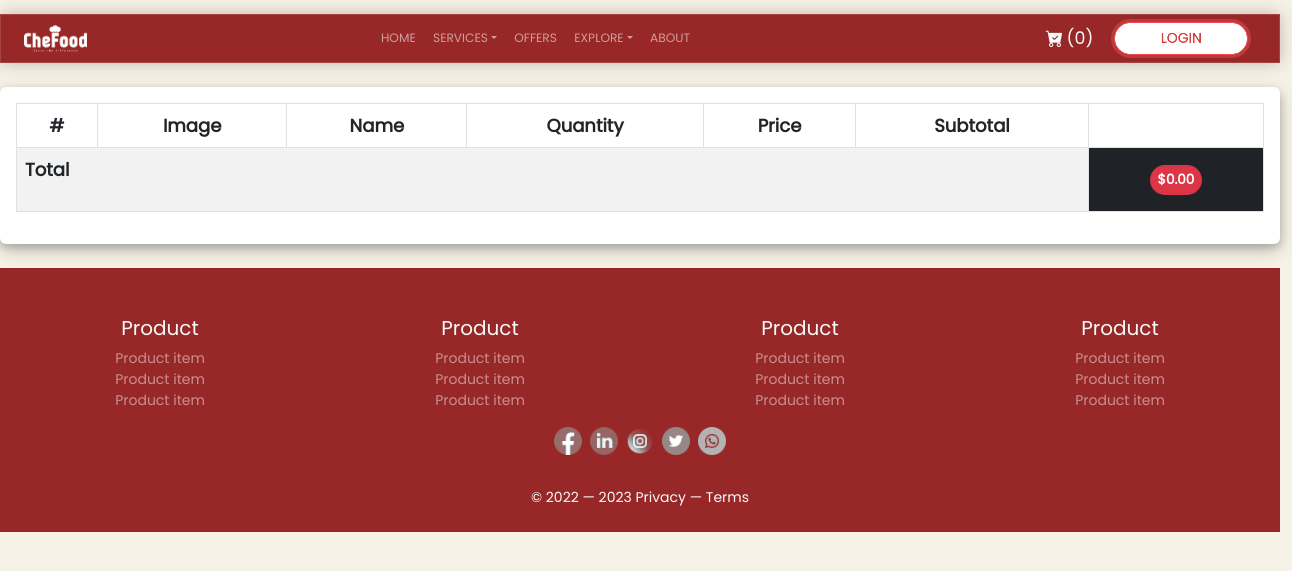
Repository: qamchamine/chefood
Page: /cart (app in front-end/)
An editor plug-in stored every save of this project. The page is shown before and after the next save, followed by the edit.
The browser window is 1280 px wide. The page is 1292 px wide, so the pictures cover 1292 px, including what lies to the right of the window. The pictures show the whole page.
The project was rebuilt for these pictures with package versions that can differ from the ones it lists, and the page was loaded fresh each time. Some packages were replaced by stand-ins written for this rebuild. Also part of the build but not shown: front-end/src/css/products.css, front-end/src/components/small_components/ProductCard.jsx, front-end/src/components/small_components/AddProduct.jsx, front-end/src/components/pages/sub-pages/Products.jsx, front-end/src/components/small_components/ButtonMain.jsx, front-end/src/components/small_components/HomeCard.jsx, front-end/src/components/small_components/HomeCardFullSection.jsx, front-end/src/components/pages/Home.jsx and 34 more. Imported but missing from the stored project, and not drawn on this page: front-end/src/sounds/applause.mp3, front-end/src/sounds/wheel.mp3.

Above is the page before, as saved 2023-06-25 19:57:37.

### front-end/public/index.html
<!DOCTYPE html>
<html lang="en">
  <head>
    <meta charset="utf-8" />
    <link rel="icon" href="%PUBLIC_URL%/favicon.ico" />
    <meta name="viewport" content="width=device-width, initial-scale=1" />
    <meta name="theme-color" content="#000000" />
    <meta
      name="description"
      content="Web site created using create-react-app"
    />
    <link
    rel="stylesheet"
    href="https://fonts.googleapis.com/css?family=Roboto:400,700"
  />
  <link rel="stylesheet" href="https://cdn.jsdelivr.net/npm/bootstrap-icons@1.10.5/font/bootstrap-icons.css">

    <link rel="apple-touch-icon" href="%PUBLIC_URL%/logo192.png" />
    <link rel="manifest" href="%PUBLIC_URL%/manifest.json" />

    <link rel="stylesheet" href="https://fonts.googleapis.com/icon?family=Material+Icons">

    <link rel="stylesheet" href="https://maxcdn.bootstrapcdn.com/font-awesome/4.7.0/css/font-awesome.min.css">
    <script src="https://code.jquery.com/jquery-3.5.1.min.js"></script>
    <script src="https://cdn.jsdelivr.net/npm/popper.js@1.16.0/dist/umd/popper.min.js"></script>




    <title>React App</title>
  </head>
  <body>

    <div id="root"></div>
<!--     <script src="jquery/jquery-3.6.0.js"></script>  -->
    <script src="https://unpkg.com/sweetalert/dist/sweetalert.min.js"></script>

  </body>
</html>

### front-end/src/config/ShoppingContext.jsx

  import React, { createContext, useState, useEffect } from 'react';
  import Swal from 'sweetalert2'
  import axios from 'axios';

   const ShoppingContext = createContext();

const ShoppingProvider = ({ children }) => {
/*     const [orders,setOrders] = useState([])
     */

/*       function removeFromCart(item){
        setCartItems(cartItems.filter(product => product.id !== item.id));
        Swal.fire({
          position: 'top-end',
          icon: 'success',
          title: 'Your item has been removed',
          showConfirmButton: false,
          timer: 1500
        });
      } */

      return (
    <ShoppingContext.Provider value={
        { /* orders,setOrders */
          /* products,  cartItems, removeFromCart */
        }
      }>      {children}
    </ShoppingContext.Provider>
  );
};
export { ShoppingContext, ShoppingProvider }

### front-end/src/components/Footer.jsx
import React, { useEffect } from 'react'

import Facebook from '../images/icons/facebook.png'
import Linkedin from '../images/icons/linkedin.png'
import Instagram from '../images/icons/instagram.png'
import Twitter from '../images/icons/twitter.png'
import Whatsapp from '../images/icons/whatsapp.png'
import './../css/nav-footer.css';
export default function Footer() {

    return (
        <div className='footer container-fluid' style={{ background: '#982727' }}>
            <footer className=' py-2 pt-5 d-grid text-light'>
                <div className='row justify-content-around text-center '>
                    <div className='d-grid col-6 col-sm-12 col-md-6 col-lg-4 col-xl-3'>
                        <h5>Product</h5>
                        <a className='text-decoration-none text-light opacity-50' href="">Product item</a>
                        <a className='text-decoration-none text-light opacity-50' href="">Product item</a>
                        <a className='text-decoration-none text-light opacity-50' href="">Product item</a>
                    </div>
                    <div className='d-grid col-6 col-sm-12 col-md-6 col-lg-4 col-xl-3'>
                        <h5>Product</h5>
                        <a className='text-decoration-none text-light opacity-50' href="">Product item</a>
                        <a className='text-decoration-none text-light opacity-50' href="">Product item</a>
                        <a className='text-decoration-none text-light opacity-50' href="">Product item</a>
                    </div>
                    <div className='d-grid col-6 col-sm-12 col-md-6 col-lg-4 col-xl-3'>
                        <h5>Product</h5>
                        <a className='text-decoration-none text-light opacity-50' href="">Product item</a>
                        <a className='text-decoration-none text-light opacity-50' href="">Product item</a>
                        <a className='text-decoration-none text-light opacity-50' href="">Product item</a>
                    </div>
                    <div className='d-grid col-6 col-sm-12 col-md-6 col-lg-4 col-xl-3'>
                        <h5>Product</h5>
                        <a className='text-decoration-none text-light opacity-50' href="">Product item</a>
                        <a className='text-decoration-none text-light opacity-50' href="">Product item</a>
                        <a className='text-decoration-none text-light opacity-50' href="">Product item</a>
                    </div>
                </div>
                <div className='footer-icons row justify-content-center py-3 '>
                    <div className='d-flex gap-2 justify-content-center'>
                        <a href=""> <img src={Facebook} className='footer-icon' alt="" /> </a>
                        <a href=""> <img src={Linkedin} className='footer-icon' alt="" /> </a>
                        <a href=""> <img src={Instagram} className='footer-icon' alt="" /> </a>
                        <a href=""> <img src={Twitter} className='footer-icon' alt="" /> </a>
                        <a href=""> <img src={Whatsapp} className='footer-icon' alt="" /> </a>

                    </div>
                </div>
                <div className='row justify-content-center py-3'>
                    © 2022 — 2023 Privacy — Terms
                </div>
            </footer>
        </div>

    )
}

### front-end/src/components/small_components/shopping/Cart.jsx
import React,{useContext ,useEffect, useState} from 'react';
import axios from 'axios';
import '../../../css/cart.css'
import { ShoppingContext } from '../../../config/ShoppingContext';
import { LoginContext } from '../../../config/LoginContext';
import { getProd } from '../../pages/sub-pages/Products';
export default function Cart() {
    const {orders, setOrders} = useContext(LoginContext);
    const {prod, setProd} = useContext(LoginContext);
    const {userData, setUserData} = useContext(LoginContext);
    const {isLoggedIn} = useContext(LoginContext);
    const {loading, setLoading} = useContext(LoginContext);
    const [userOrders, setUserOrders] = useState([]);

/* useEffect(() => {
  setUserOrders(orders.filter(el=>el.user_id === 1))

  console.log(userOrders);
},[]); */

    return (
        <div className="row my-4">
            <div className="col-md-12">
                <div className="card">
                    <div className="card-body">
                        <table className="table table-hover table-striped ajouterPanierTable table-bordered">
                            <thead >
                                <tr>
                                    <th >#</th>
                                    <th >Image</th>
                                    <th >Name</th>
                                    <th >Quantity</th>
                                    <th >Price</th>
                                    <th>Subtotal</th>
                                    <th ></th>
                                </tr>
                            </thead>
                            <tbody>
                            { isLoggedIn?orders.map((item,i) => (
                                    <tr key={item.id}>

                                        <th scope="row">{i+1}</th>
                                        <td>
                {/*                             <img src={require(`../../../images/products/${prod.find(el=>el.id==item.product_id).category} (${prod.find((el,i)=>el.id===item.product_id).img}).png`)} alt={item.product_name}
                                                className="img-fluid rounded"
                                                width={60} height={60} /> */}
                                        </td>
                                        <td>{item.product_name}</td>
                                        <td>

                                            <b className="mx-2">
                                                {item.product_quantity}
                                            </b>

                                        </td>
                                        <td>{prod.find((el,i)=>el.id===item.product_id).price} <b>MAD</b> </td>
                                       <td>{(item.product_quantity * prod.find((el,i)=>el.id===item.product_id).price).toFixed(2)} MAD</td>
                                        <td>
                                            <i
                                                className="bi bi-cart-x text-danger"
                                                style={{cursor: 'pointer'}}
                                          /*       onClick={() => removeFromCart(item)} */
                                            ></i>
                                        </td>
                                    </tr>
                                )): ''
                            }
                            <tr>
                                <th colSpan={6} className="text-start">
                                    Total
                                </th>
                                <th colSpan={1} className=" bg-dark py-3">
                                    <span className="badge bg-danger text-center p-2 rounded-pill ">
                                        $
                                        {
                                            orders.reduce((acc,item) => acc += item.product_quantity * prod.find((el,i)=>el.id===item.product_id).price,0).toFixed(2)
                                        }
                                    </span>
                                </th>
                            </tr>
                            </tbody>
                        </table>
                    </div>
                </div>
            </div>
        </div>
    )
}

### front-end/src/css/home.css
.homeBG {
    height: fit-content;
    position: relative;
    right: -10%;
    top: 34%;
    z-index: -1;
    width: 100em !important;


}
@font-face {
    font-family: 'poppin';
    src: url('../fonts/Poppins/Poppins-Regular.ttf') ;
    font-weight: normal;
    font-style: normal;
  }
body {
    font-family:'poppin', sans-serif !important;
    background-color: #F7F2E7 !important;
    max-width: 100vw;
    font-weight: normal !important;
    overflow-x: hidden;
    font-size: 14px !important;
}

body::-webkit-scrollbar {
    width: 0;
}

.nb {
/*     position: fixed; */
/*     top: 1em; */
    background-color: #982727 !important;
    box-shadow: 0 0px 20px #1f020241;
    border: 1px solid #ffffff22;
}

.navbar {
    background-color: #982727 !important;
}

.changeColor {
    background-color: blue !important;
}

.signUP {
    background: white !important;
    color: #982727 !important;
    font-weight: bold !important;
    outline: 5px solid #982727ab;
    outline-offset: -2px;
    transition: 500ms ease;


}

.homeContent {
    height: 90vh;
    z-index: 0;
    margin-top: -1.5em !important;
}

.homeContent h1 {
    color: #F7F2E7;
    text-align: start;
width: 40vw !important;
}

.homeContent h1 span {
    position: relative;
    display: inline-block;
    margin-bottom: 10px;
    padding: 4px 20px 8px;
    transition: 1s ease;
}

.homeContent h1 span::before {
    content: '';
    position: absolute;
    background: #982727;
    left: 0;
    top: 0;
    z-index: -1;
    width: 100%;
    height: 100%;
    transform: skew(-10deg);
}

.homeContent h1 span:last-child::before {
    transform: skew(10deg);
}

.homeContent p {
    width: 72%;
    color: #982727;
    text-align: left;
}

.homeContent .homeMainButtons {
    width: 72%;
}

.cardBtn {
    transition: 1s ease;
}

.cardBtn:hover {
    filter: brightness(130%);

}

.cardBtn i {
    left: 63%;
    transition: 300ms ease;
}

.cardBtn:hover i {
    left: 75%;
}

.btnMain:hover {
    filter: brightness(130%);
}

.card-img-top {
    object-fit: cover;
}

.signUP:hover {

    background: #982727 !important;
    color: white !important;
    font-weight: bold !important;
    outline: 5px solid #ffffff55;
    outline-offset: -4px;
}

.cardsGroup:not(:first-child) {
    translate: 50% 0;
}

.arrow-1-1 {
    position: absolute;
    top: 50%;
    left: 0;
}

.home .carousel-control-prev-icon,
.home .carousel-control-next-icon {

    width: 1.3em;
    height: 1.3em;
    color:black !important;

    outline: 12px solid #982929;
    outline-offset: -1px;
    background-color: #982929;
    background-size: 100%, 100%;
    border-radius: 50%;
    box-shadow: 0 0 10px black;
}

.home .carousel-control-prev,
.home .carousel-control-next {
    z-index: 10;
    width: 4em !important;
/*     background: red; */

}

/* .py-4 {
    padding-top: 0rem !important;
    padding-bottom: 0rem !important;
} */

.nb{
    zoom:87%;
}

### front-end/src/css/cart.css
.ajouterPanierTable td{
    font-size: .9em;
    width: fit-content !important;
    text-align: center;
}
.ajouterPanierTable th{
    width: fit-content !important;
    text-align: center;
}
.ajouterPanierTable {
width: 70%;
}

### front-end/src/css/Reviews.css
.Reviews-color
{
  color : #982727;
  text-transform: uppercase;
  letter-spacing: 0.5em;
}
.Reviews-paragraph
{
  font-size: 0.8em;
}
.parent-card{
    margin-top:50px !important;
}
.card
{
    border: none !important;
    box-shadow: 0 4px 8px 0 rgba(0, 0, 0, 0.2), 0 6px 20px 0 rgba(0, 0, 0, 0.19);
}
.user-name
{
    color : #000D7E;
}
.description
{
    color: #982727;
    font-size: 0.75em;
}
.comment{
    margin:5px;
    font-size:0.55em;
}
.reviewCardImage{
    margin-top:16px;
}
.reviewCard:hover .reviewCardImage{
    scale:1.2;
    margin-inline:.3em;
}
.reviewCard:hover .reviewCardImage{
    transition:300ms ease;
}
.reviewCard:hover .hoverstar{
    scale:1.2;
    margin-inline:.3em;
}
.reviewCard .hoverstar{
    transition:300ms ease;
}
.reviewCardImage{
    width:40%;
    transition:300ms ease;
}

.reviewCard strong{
    left:50%;
    translate:-50% 0;
    width:100%;
    bottom:.9em;
}

.the-bottom-page{
    margin-top:25px;
    position: absolute;
    left: auto;
    right: 0;
}

@media (max-width: 1200px) { /* Extra large devices (large desktops, 1200px and up) */
    .card {
      width: 100%;
    }
    .col-4 {
      width: 33.33333333%;
    }
    strong img{
        width: 19px;
    }
  }
  @media (max-width: 1118px) { /* Large devices (desktops, 992px and up) */
    .card {
      width: 100%;
    }
    .col-4 {
        width: 33.33333333%;
    }
    strong img{
        width: 16px;
    }
  }
  @media (max-width: 992px) { /* Medium devices (tablets, 768px and up) */
    .card {
        width: 140%;
    }
  }
  @media (max-width: 770px) { /* Medium devices (tablets, 768px and up) */
    .card {
        width: 95%;
    }
    .col-4 {
        width: 25% !important;
    }
    .parent-card
    {
        --bs-gutter-x: 0.5rem;
        display: grid !important;
        grid-template-columns: repeat(2, 1fr);
    }
    .col-4 {
        margin-top:10px !important;
        width: 60% !important;
    }
  }
  @media (max-width: 716px) { /* Small devices (landscape phones, 576px and up) */

    .card {
        width: 95%;
    }
        strong img{
        width: 16px;
    }
  }
  @media only screen and (max-width: 576px){ /* Small devices (landscape phones, 576px and up) */

    .card {
        width: 95%;
    }
    .col-md-2 {
        flex: 0 0 16.666667%;
        max-width: 16.666667%;
    }
    strong img{
        width: 16px;
    }
  }

  @media only screen and (max-width: 528px){ /* Small devices (landscape phones, 576px and up) */

    .card {
        width: 70%;
        margin-left:30px;
    }
    .parent-card
    {
        --bs-gutter-x: 0.5rem;
        display: grid !important;
        grid-template-columns: repeat(1, 1fr);
    }
    .col-md-2 {
        flex: 0 0 16.666667%;
        max-width: 16.666667%;
    }
    strong img{
        width: 16px;
    }
  }

  @media only screen and (max-width: 365px){ /* Small devices (landscape phones, 576px and up) */

    .card {
        width: 80%;
        margin-left:20px;
    }
    .parent-card
    {
        --bs-gutter-x: 0.5rem;
        display: grid !important;
        grid-template-columns: repeat(1, 1fr);
    }
    .col-md-2 {
        flex: 0 0 16.666667%;
        max-width: 16.666667%;
    }
    strong img{
        width: 16px;
    }
  }

### front-end/src/css/location.css
@import url('https://fonts.googleapis.com/css2?family=Roboto:wght@100&display=swap');

.location-color
{
  color : #982727;
  text-transform: uppercase;
  letter-spacing: 0.3em;
}
.where-restorant
{
    width: 459px;
    margin:auto;
}
.restorant-location-title{
    font-family: 'Century Gothic';
    font-size:32px;
    font-weight:400;
}
.restorant-location-line{
    background:#B12222;
    height: 3px;
    width: 450px;
    display: inline-block;
    margin: 15px auto;
}
.restorant-location-p
{
    color:#000000 75%;
    font-size: 15px;
    font-weight: 400;
    font-family: 'Roboto', sans-serif;
}
.main-location{
    display: grid !important;
    grid-template-columns: repeat(2, 1fr);
    flex-direction: column;
    justify-content: center;
    align-items: center;
    text-align:center;
}
.restorant-location-btn{
    background-color: #B12222;
    border: none;
    width: 300px;
    height: 40px;
    border-radius: 15px;
    color: #fff;
}
.restorant-location-btn:hover{
    background-color: #fff;
    border: 2px solid #B12222;
    border-radius: 15px;
    color: #B12222;
}
.location-icon{
    margin-right: 15px;
}


  @media (max-width: 1123px) { /* Extra large devices (large desktops, 1200px and up) */
    .earth-image img{
        width: 450px;
    }
  }
  @media (max-width: 992px) { /* Medium devices (tablets, 768px and up) */
    .earth-image img{
        width: 400px;
    }
    .where-restorant {
        width: 400px;
        margin: auto;
    }
    .restorant-location-line{
        width: 350px;
        display: inline-block;
    }
  }
  @media (max-width: 868px) { /* Medium devices (tablets, 768px and up) */

    .earth-image img{
        width: 380px;
    }
    .where-restorant {
        width: 380px;
        margin: auto;
    }
    .restorant-location-line{
        width: 320px;
        display: inline-block;
    }
    .restorant-location-p{
        font-size: 13px;
    }
    .restorant-location-title{
        font-size:28px;
    }

  }
  @media (max-width: 783px) { /* Small devices (landscape phones, 576px and up) */
    .earth-image img{
        margin-top: 30px;
        width: 380px;
    }
    .where-restorant {
        width: 380px;
        margin: auto;
    }
    .restorant-location-line{
        width: 320px;
        display: inline-block;
    }
    .restorant-location-p{
        font-size: 15px;
    }
    .restorant-location-title{
        font-size:32px;
    }
    .main-location{
        display: grid !important;
        grid-template-columns: repeat(1, 1fr);
        justify-items: center;
        text-align:center;
    }
  }
  @media(max-width: 401px){ /* Small devices (landscape phones, 576px and up) */
    .earth-image img{
        width: 330px;
        margin-top: 30px;
    }
    .where-restorant {
        width: 330px;
        margin: auto;
    }
    .restorant-location-line{
        width: 320px;
        display: inline-block;
    }
    .restorant-location-p{
        font-size: 13px;
    }
    .restorant-location-title{
        font-size:28px;
    }
    .main-location{
        display: grid !important;
        grid-template-columns: repeat(1, 1fr);
        justify-items: center;
        text-align:center;
    }
  }

### front-end/src/css/contactus.css
@import url('https://fonts.googleapis.com/css2?family=Inter:wght@200;400&family=Quattrocento+Sans&family=Roboto&display=swap');

.contactus-color{
    color : #982727;
    text-transform: uppercase;
    letter-spacing: 0.3em;
}
.image-contactus img{
    height: 620px;
}
.main-contactus{
    display: grid !important;
    grid-template-columns: repeat(2, 1fr);
    justify-items: center;
}
.message-information-send{
    width:auto;
    margin:auto;
}
.message-information-send label
{
    margin:25px 0 10px 0;
    font-family: 'Inter';
    font-style: normal;
    font-weight: 400;
    font-size: 13px;
    line-height: 26px;
    color: #692C2C;
}
.message-information-send input{
    padding:3px 15px;
    margin:15 0px;
    Width:425px;
    Height:56px;
    background: #F7F2E7;
    border: 2px solid #982727;
    border-radius: 5px;
}
.message-information-send {
    outline: none;
}
.message-information-send textarea{
    padding:15px;
    Width:425px;
    Height:220px;
    background: #F7F2E7;
    border: 2px solid #982727;
    border-radius: 5px;
}
.message-information-send textarea,input::placeholder{
    font-family: 'Inter';
    font-style: normal;
    font-weight: 200;
    font-size: 12px;
}
.message-information-send input,textarea:focus-visible{
    outline: none;
}
.send-contact-btn{
    margin-top: 14px;
    background-color: #B12222;
    border: none;
    width: 425px;
    height: 40px;
    border-radius: 15px;
    color: #fff;
    font-family: 'Roboto';
    font-style: normal;
    font-weight: 500;
    font-size: 19px;
}
.send-icon{
    margin-right:15px;
}
.send-contact-btn:hover{
    background-color: #fff;
    border: 2px solid #B12222;
    border-radius: 15px;
    color: #B12222;
}









  @media (max-width: 1118px) { /* Large devices (desktops, 992px and up) */
    .image-contactus img{
        height: 620px;
        width:550px;
    }

    .message-information-send input{
        width:325px;
    }
    .message-information-send textarea{
        width:325px;
    }
    .send-contact-btn{
        width:325px;
    }
  }
  @media (max-width: 992px) { /* Medium devices (tablets, 768px and up) */
    .image-contactus img{
        margin: auto;
        height: 550px;
        width:450px;
    }
    .message-information-send{
        margin-right:50px;
    }
    .message-information-send input{
        width:325px;
    }
    .message-information-send textarea{
        width:325px;
    }
    .send-contact-btn{
        width:325px;
    }
  }
  @media (max-width: 881px) { /* Medium devices (tablets, 768px and up) */
    .image-contactus img{
        margin: auto;
        height: 550px;
        width:450px;
    }
    .main-contactus{
        display: grid !important;
        grid-template-columns: repeat(1, 1fr);
        flex-direction: column;
        justify-content: center;
        align-items: center;
    }
    .message-information-send{
        margin:auto;
    }
    .message-information-send input{
        width: 425px;
    }
    .message-information-send textarea{
        width: 425px;
    }
    .send-contact-btn{
        width: 425px;
    }
  }


  @media only screen and (max-width: 467px){ /* Small devices (landscape phones, 576px and up) */

    .image-contactus img{
        margin: auto;
        height: 500px;
        width:330px;
    }
    .main-contactus{
        display: grid !important;
        grid-template-columns: repeat(1, 1fr);
        justify-items: center;
    }
    .message-information-send{
        margin:auto;
    }
    .message-information-send input{
        width: 325px;
    }
    .message-information-send textarea{
        width: 325px;
    }
    .send-contact-btn{
        width: 325px;
    }

  }

### front-end/src/css/Timer.css

@import url(https://fonts.googleapis.com/css?family=Titillium+Web:400,200,200italic,300,300italic,900,700italic,700,600italic,600,400italic);

/* .timer {
  font-family: 'Titillium Web', cursive;
  width: 800px;
  margin: 0 auto;
  text-align: center;
  color: white;
  background: #222;
  font-weight: 100;
} */

.timer {
  display: inline-flex;
  line-height: 1;
  padding: 20px;
  font-size: 40px;
  font-family: 'Times New Roman', cursive;


}
.timerD{
    border-radius: 2px;
    padding: 5px;
    font-size: 10px;
    border: 70px rgb(131, 55, 55);
    box-shadow:2px 2px 4px rgba(0, 0, 0, 0.4), 4px 4px 8px rgba(0, 0, 0, 0.2);
}

.Stime {
  display: block;
  font-size: 20px;
  color: rgb(206, 178, 19);

}

#days {
  font-size: 80px;
  color: rgb(92, 25, 5);
  background-color:rgb(230, 230, 234);

  margin: 15px;
}
#hours {
  font-size: 80px;
  color: rgb(92, 25, 5);
  background-color:rgb(230, 230, 234);
  margin: 15px;
}
#minutes {
  font-size: 80px;

  color: rgb(92, 25, 5);
  background-color:rgb(230, 230, 234);
  margin: 15px;
}
#seconds {
  font-size: 80px;
  color: rgb(92, 25, 5);
  background-color:rgb(230, 230, 234);
  margin: 15px;
}

Loaded but not shown: front-end/src/index.css (common file); front-end/src/config/LoginContext.js (93 lines, source omitted); front-end/src/App.js (42 lines, source omitted); front-end/src/index.js (24 lines, source omitted); front-end/src/css/reservation.css (400 lines, source omitted); front-end/src/components/Navbar.jsx (179 lines, source omitted); front-end/src/css/nav-footer.css (260 lines, source omitted)

After the next save:
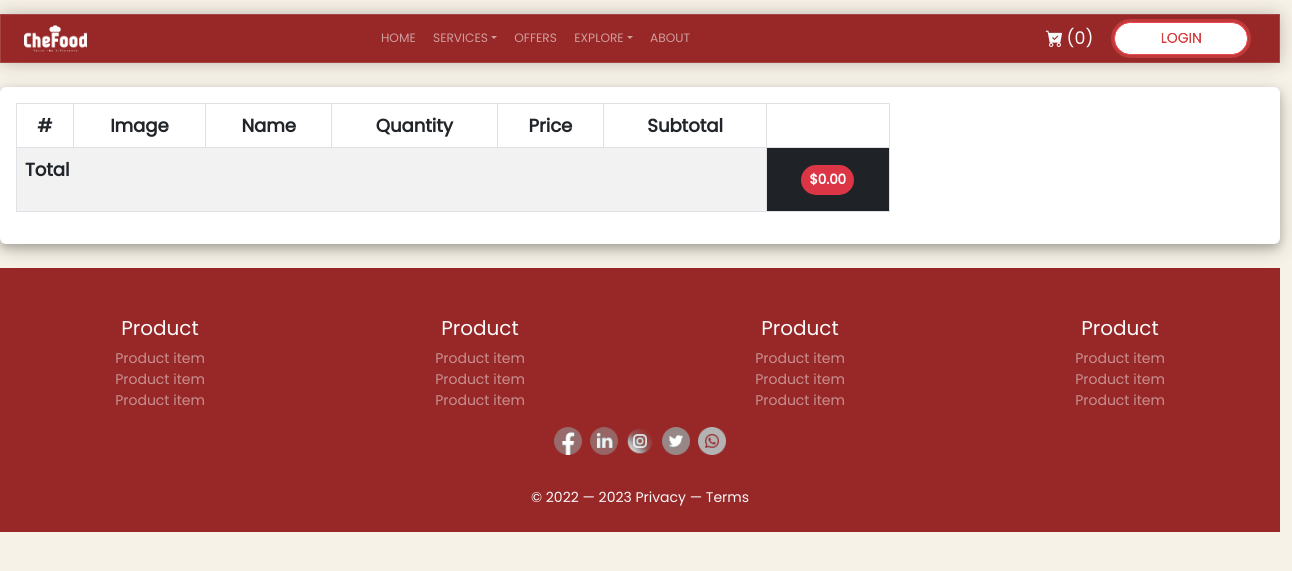
Saved 10 s later.
--- a/front-end/src/css/cart.css
+++ b/front-end/src/css/cart.css
@@ -8,5 +8,5 @@
     text-align: center;
 }
 .ajouterPanierTable {
-width: 70%;
+width: 70% !important;
 }
